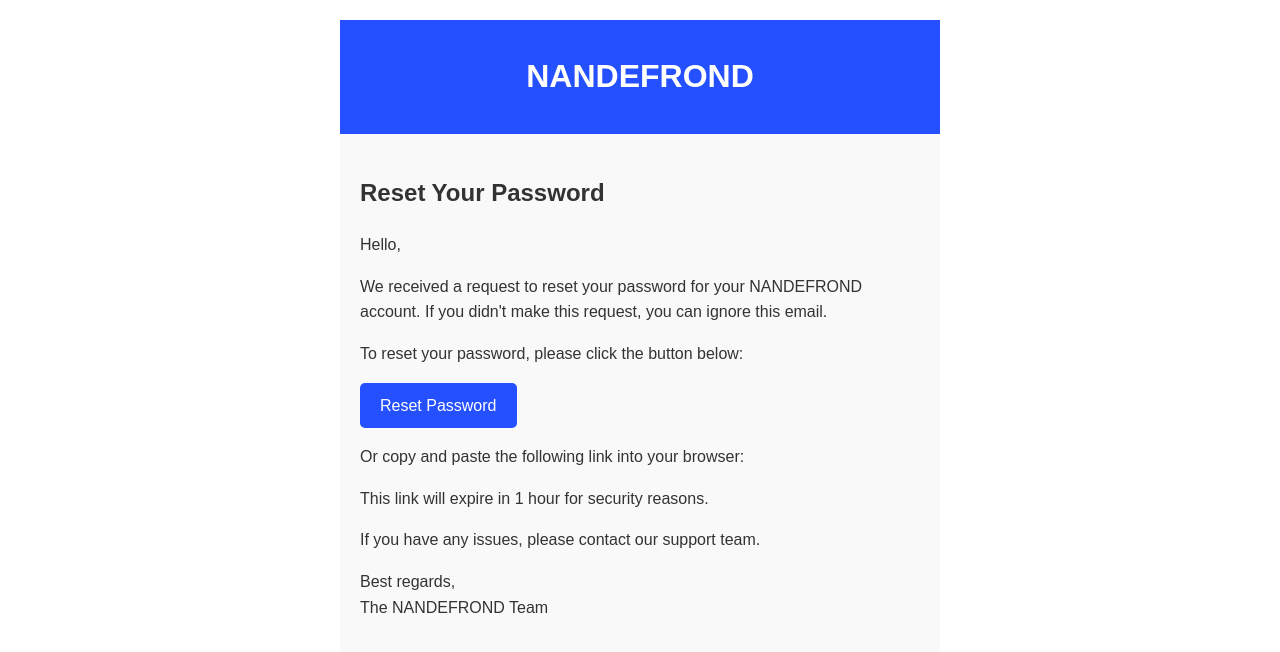
Repository: Nandezu/Guryca-Backend
Page: templates/emails/password_reset_email.html
An editor plug-in stored every save of this project. The page is shown before and after the next save, followed by the edit.
The browser window is 1280 px wide. The pictures show the whole page.
The template is drawn by Django 5.2. The application's start-up code is not run. Other server files are loaded and not shown. The template is opened directly, without the code that normally fills it, so the values that code supplies are empty.

Above is the page before, as saved 2024-07-26 15:30:26.

### templates/emails/password_reset_email.html
<!DOCTYPE html>
<html lang="en">
<head>
    <meta charset="UTF-8">
    <meta name="viewport" content="width=device-width, initial-scale=1.0">
    <title>Reset Your Password</title>
    <style>
        body {
            font-family: Arial, sans-serif;
            line-height: 1.6;
            color: #333;
            max-width: 600px;
            margin: 0 auto;
            padding: 20px;
        }
        .header {
            background-color: #2450FF;
            color: white;
            padding: 10px;
            text-align: center;
        }
        .content {
            background-color: #f9f9f9;
            padding: 20px;
            border-radius: 5px;
        }
        .button {
            display: inline-block;
            padding: 10px 20px;
            background-color: #2450FF;
            color: white;
            text-decoration: none;
            border-radius: 5px;
        }
    </style>
</head>
<body>
    <div class="header">
        <h1>NANDEFROND</h1>
    </div>
    <div class="content">
        <h2>Reset Your Password</h2>
        <p>Hello,</p>
        <p>We received a request to reset your password for your NANDEFROND account. If you didn't make this request, you can ignore this email.</p>
        <p>To reset your password, please click the button below:</p>
        <p>
            <a href="{{ reset_url }}" class="button">Reset Password</a>
        </p>
        <p>Or copy and paste the following link into your browser:</p>
        <p>{{ reset_url }}</p>
        <p>This link will expire in 1 hour for security reasons.</p>
        <p>If you have any issues, please contact our support team.</p>
        <p>Best regards,<br>The NANDEFROND Team</p>
    </div>
</body>
</html>

After the next save:
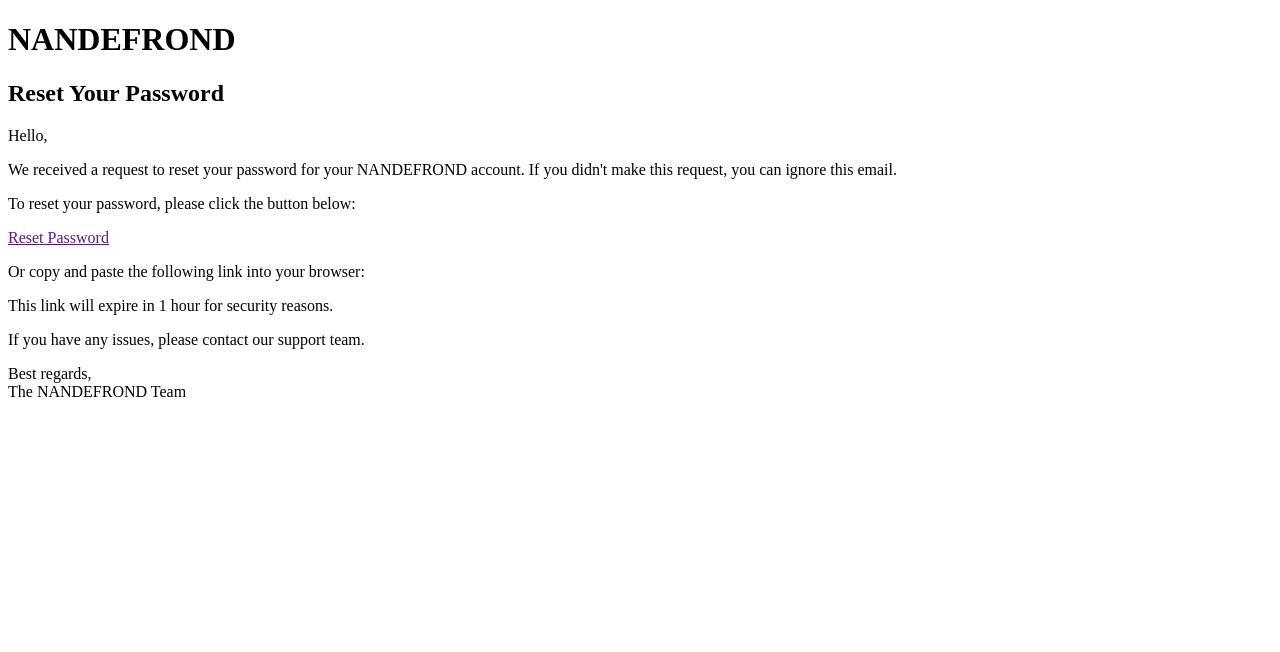
Saved 3 min 52 s later.
--- a/templates/emails/password_reset_email.html
+++ b/templates/emails/password_reset_email.html
@@ -5,33 +5,7 @@
     <meta name="viewport" content="width=device-width, initial-scale=1.0">
     <title>Reset Your Password</title>
     <style>
-        body {
-            font-family: Arial, sans-serif;
-            line-height: 1.6;
-            color: #333;
-            max-width: 600px;
-            margin: 0 auto;
-            padding: 20px;
-        }
-        .header {
-            background-color: #2450FF;
-            color: white;
-            padding: 10px;
-            text-align: center;
-        }
-        .content {
-            background-color: #f9f9f9;
-            padding: 20px;
-            border-radius: 5px;
-        }
-        .button {
-            display: inline-block;
-            padding: 10px 20px;
-            background-color: #2450FF;
-            color: white;
-            text-decoration: none;
-            border-radius: 5px;
-        }
+        /* ... (stávající styly) ... */
     </style>
 </head>
 <body>
